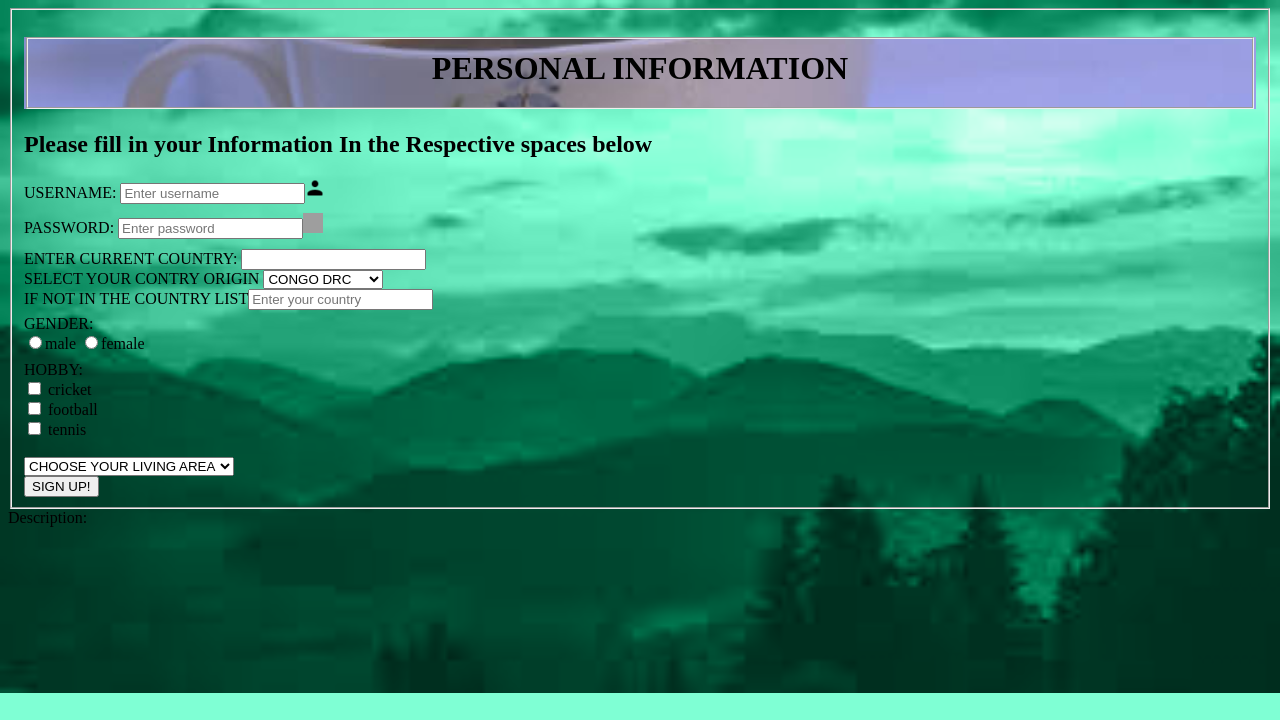
Repository: mirambialex/myform
Page: website/INDEX.HTML
These files come from the project's save history. The page is drawn as it stood at one moment and after a run of saves; the edit follows.
The browser window is 1280 px wide. The pictures show the whole page.
Pictures or frames that could not be fetched are drawn as grey boxes.

Above is the page before, as saved 2024-04-17 11:08:42.

### website/INDEX.HTML
<!DOCTYPE html>
<html lang="en">
<head>

    <title>WEBPAGE DESIGN</title>
    <LINK REL="STYLESHEET" HREF="STYLE.CSS">
</head>
<body>
   <FOrm> <FIEldset>
            <DIV class="AI">
                <h1><FIEldset>PERSONAL INFORMATION </FIEldset></h1>
</DIV>
<DIV CLASS="BI"> <H2>
    Please fill in your Information In the Respective spaces below
</H2>
</DIV>
<div class="gb">
 <DIV class="MAIN">USERNAME: <INPUT TYPE="TEXT" placeholder="Enter username"><img width="20" height="20" src="user.jpg"<br/>

 </DIV>
 <DIV class="A"> PASSWORD: <INPUT TYPE="PASSWORD" placeholder="Enter password"><img width="20" height="20" src="https://img.icons8.com/ios-filled/50/lock.png" alt="lock"/> <br/></DIV>
    <DIV class="AB">
        ENTER CURRENT COUNTRY: <INPUT type="text"></INPUT>
    </DIV>
    <DIV CLASS="B">
        SELECT YOUR CONTRY ORIGIN <SELect>
            <OPTIon>CONGO DRC</OPTIon>
            <OPTIon>KENYA</OPTIon>
            <OPTIon>SUDAN</OPTIon>
            <OPTIon>SOUTH SUDAN</OPTIon>
            <OPTIon>RWANDA</OPTIon>
            <OPTIon>BURUNDI</OPTIon>
            <OPTIon>UGANDA</OPTIon>
            <OPTIon>TANZANIA</OPTIon>
            <OPTIon>SOMALIA</OPTIon>

        </SELect> <br/>
    </DIV>
    <div class="wcb">
    IF NOT IN THE COUNTRY LIST<INPUt type="TEXT" placeholder="Enter your country"</INPUt>
    </div>
<div class="d">
<LAbe for="GENDER">GENDER: </LAbel><BR/>
<INPUT type="radio" ID="GENDER" name="GENDER" VALUE="male"/>male
<INPUT type="radio" ID="GENDER" name="GENDER" VALUE="female"/>female <br/>
</div>
<div class="e">
HOBBY:<br>
<input type="checkbox" id="cricket" name="cricket" value="cricket"/>
<label for="cricket">cricket</label> <br>
<input type="checkbox" id="football" name="football" value="football"/>
<label for="football">football</label> <br>
<input type="checkbox" id="tennis" name="tennis" value="tennis"/>
<label for="tennis">tennis</label> <br>
<br/> </div>
<div class="address">
    <select name="address">
        <option value="one">CHOOSE YOUR LIVING AREA</option>
        <option>kakuma town</option>
        <option>kakuma 1</option>
        <option>kakuma 2</option>
        <option>kakuma 3</option>
        <option>kakuma 4</option>
        <option>kalobeyeyi</option>
    </select>
</div>
<DIV class="C"><BUTTon>SIGN UP!</BUTTon></DIV>
</FIEldset>
</div>
</div>
</DIV>
</FORM>
<FORM>
    Description: <br>
</FORM>
 </body>
</html>

### website/STYLE.CSS
BODY{
    background-image: url(IMAGE.JPG);
    background-color: aquamarine;
    background-position: center;
    background-size: cover;
    background-repeat: no-repeat;
    background-blend-mode: luminosity;
}
H1{
    text-align: center;
}
.O{
    background-color: aliceblue;
    background-image: url(ALEX.PNG.JPG);
}
.MAIN{
    margin-bottom: 0.8%;
    background-color:
}
.A{
    margin-bottom: 0.8%;
}
.c{
    margin-bottom: 1.5%;
    color: blueviolet;
    text-decoration: aqua;
}
.d{
    margin-top: 0.4%;

}
.e{
    margin-top: 0.6%;
}
.AI{
    background-image: url(ALEX.JPG);
    background-repeat: no-repeat;
    background-position: center;
    background-size: cover;
}
.gb{
    display: block;

}
: :-ms-input-placeholder{
    color:red;
}
.address{

}

After the next 5 saves:
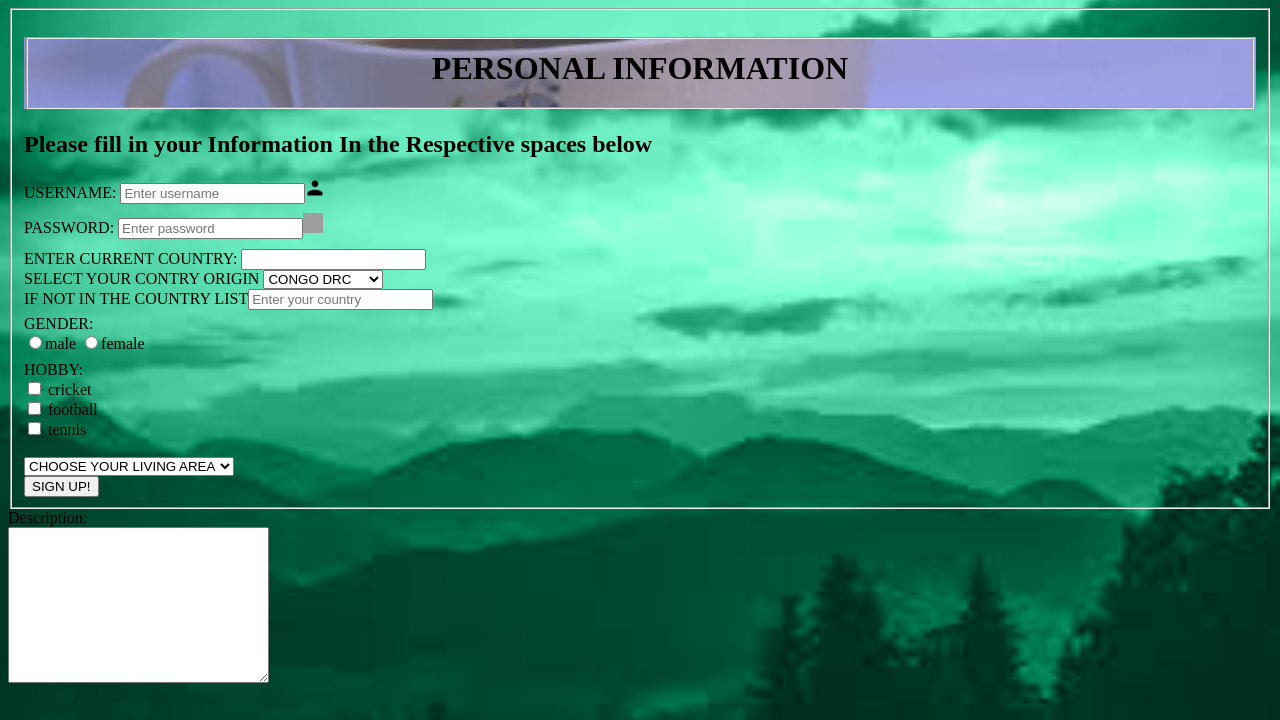
The 5 saves are shown as one change because they came seconds apart.
The last was saved 14 s later.
--- a/website/INDEX.HTML
+++ b/website/INDEX.HTML
@@ -71,7 +71,8 @@ HOBBY:<br>
 </DIV>
 </FORM>
 <FORM>
-    Description: <br>
+    Description: <br/>
+    <textarea name="5" id="" cols="30" rows="10"></textarea>
 </FORM>
  </body>
 </html>
